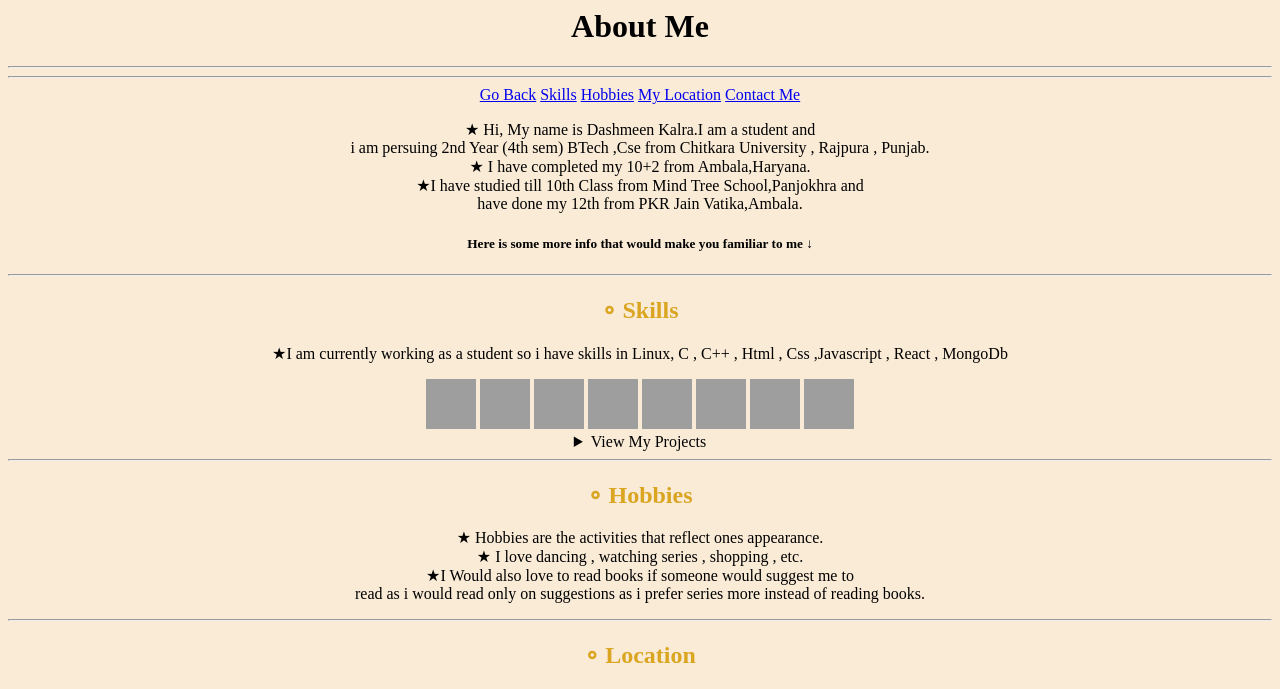
Repository: dashmeenkalra/dashmeen_kalra
Page: first.html
An editor plug-in stored every save of this project. The page is shown before and after the next save, followed by the edit.
The browser window is 1280 px wide. The pictures show the part of the page from y = 0 to 689 px (the page is 1207 px tall).
Pictures or frames that could not be fetched are drawn as grey boxes.

Above is the page before, as saved 2023-02-22 20:29:56.

### first.html
<html>
    <head>
        <link rel="icon" type="image/x-icon" href="https://th.bing.com/th/id/R.fd5a137d4cc43657449836c511c422e1?rik=xs4NJnZD7SrL9w&riu=http%3a%2f%2fcdn.onlinewebfonts.com%2fsvg%2fimg_24787.png&ehk=XT7ycIEO1QBstZHkYYA%2fmHm7bSjaBM1nSo61Bl%2bnJSs%3d&risl=&pid=ImgRaw&r=0">
        <title>
            About Me
        </title>
    </head>
    <body style="background-color: antiquewhite;">
        <header>
        <header id ="header">
        <center>
        <h1 style="color: ;"> About Me </h1><hr/><hr/>
        <a href ="profile.html" >Go Back</a>
        <a href="#skills" >Skills</a>
        <a href="#hobbies" >Hobbies</a>
        <a href="#mylocation" >My Location</a>
        <a href="#contactme" >Contact Me</a>
        </header>
        <center>
       <p>
        <span> &bigstar; Hi, My name is Dashmeen Kalra.I am a student and </br> i am persuing 2nd Year (4th sem) BTech ,Cse from Chitkara University , Rajpura , Punjab.</br>&bigstar; I have completed my 10+2 from Ambala,Haryana.</br>
            &bigstar;I have studied till 10th Class from Mind Tree School,Panjokhra and</br> have done my 12th from PKR Jain Vatika,Ambala.</br>
       <h5 style=" font:bold;">  Here is some more info that would make you familiar to me &DownArrow;</h5>
       </span>
       </p>
       </center>
    <hr/>
    </body>
        <center>
            <div id="skills">
            <h2 style="color: goldenrod ;">
                &SmallCircle; Skills
            </h2>
            <p>&bigstar;I am currently working as a student so i have skills in Linux, C , C++ , Html , Css ,Javascript , React , MongoDb</p>
            <img src="https://th.bing.com/th/id/OIP.N1aPrczytmOFgXqnXVHWTwHaIL?w=197&h=218&c=7&r=0&o=5&dpr=1.7&pid=1.7" alt="linux" height="50" width="50"/>
            <img src=" https://th.bing.com/th/id/OIP.w9AIOO6Cfup6aToV1E-dEQHaIr?pid=ImgDet&rs=1" alt="C" height="50" width="50"/>
            <img src="https://th.bing.com/th/id/OIP.bWumUpOSAGoqpVsO18ef2wHaHX?w=229&h=220&c=7&r=0&o=5&dpr=1.7&pid=1.7" alt="C++" height="50" width="50"/>
            <img src="https://cdn-icons-png.flaticon.com/512/732/732212.png" alt="html" height="50"width="50"/>
            <img src="https://cdn.pixabay.com/photo/2017/08/05/11/16/logo-2582747_960_720.png"
             alt ="css" height="50"width="50"/>
            <img src="https://www.citypng.com/public/uploads/preview/js-javascript-round-logo-icon-png-11662226392lsrrajcm0y.png" alt="javascript"  height="50"width="50"/>
            <img src ="https://cdn1.iconfinder.com/data/icons/soleicons-solid-vol-1/64/reactjs_javascript_library_atom_atomic_react-512.png" alt="react" height="50"width="50"/>
            <img src="https://www.opc-router.de/wp-content/uploads/2021/03/mongodb_thumbnail.png" alt="mongoDb" height="50"width="50"/>
            <details>
                <summary> View My Projects</summary>
                <p> I Will Provide Links After Completing projects</p>
            </details>
            <hr/>
            </div>
            <div id="hobbies">
            <h2 style="color: goldenrod ;">
                &SmallCircle; Hobbies
            </h2>
            <p>&bigstar; Hobbies are the activities that reflect ones appearance. </br> &bigstar; I love dancing , watching series , shopping , etc.</br>
            &bigstar;I Would also love to read books if someone would suggest me to</br> read as i would read only on suggestions as i prefer series more instead of reading books.
            </p>
            <hr/>
            </div>
            <div id="mylocation">
            <h2 style="color: goldenrod ;">
                &SmallCircle; Location
            </h2>
            <iframe src="https://www.google.com/maps/embed?pb=!1m18!1m12!1m3!1d110152.16762166744!2d76.70738530688229!3d30.372109374687426!2m3!1f0!2f0!3f0!3m2!1i1024!2i768!4f13.1!3m3!1m2!1s0x390fb62a421e6f11%3A0xebd28a29f7258d14!2sAmbala%2C%20Haryana!5e0!3m2!1sen!2sin!4v1677039049525!5m2!1sen!2sin" width="500" height= "300" style="border:0;" allowfullscreen="" loading="lazy" referrerpolicy="no-referrer-when-downgrade"></iframe>
            <hr/>
            </div>
            <div id="contactme">
            <h2 style="color: goldenrod ;">
                &SmallCircle; Contact Me &phone;
            </h2>

            <a href="https://github.com/dashmeenkalra"
            target="_blank"><img src="https://clipground.com/images/github-icon-clipart-7.png" alt="github" height="50" width = "50" /></a>
            <a href="https://www.linkedin.com/in/dashmeen-kalra-9309a722a/"
            target="_blank"><img src="https://th.bing.com/th/id/OIP.w_zDkEJ9aLiWR-g0rff8hwHaHa?pid=ImgDet&rs=1" alt="linkedin" height="50" width="50"/></a>
            <a href="https://stackoverflow.com/users/21198244/dashmeen"
            target = "_blank"><img src="https://th.bing.com/th/id/OIP.JyZctYsMq8H83u4Bn9kPOAHaC5?w=310&h=137&c=7&r=0&o=5&dpr=1.7&pid=1.7" alt="stackoverflow" height="50" width="50"/></a>
            <a href="dashmeenkalra21@gmail.com"
            target="_blank"><img src="https://th.bing.com/th/id/R.66cdca2a32dc3ffee6c16b1b39615096?rik=LPgeH3rxBq4QBA&riu=http%3a%2f%2fwww.clintonfitch.com%2fwp-content%2fuploads%2f2018%2f01%2fGmail-Icon.png&ehk=faQcrEq8H976O8CxSZcIBjaMzIGFMSDDtixcpxVRgrc%3d&risl=&pid=ImgRaw&r=0" alt="gmail" height="50" width="50"/></a>
            </div>
        </center>
        <footer>
            <center>
            <h5 style ="color: goldenrod"> &copy; My Profile</h5>
            <a href="#header">Go to Top</a>
            </center>
        </footer>
    </body>
</html>

After the next save:
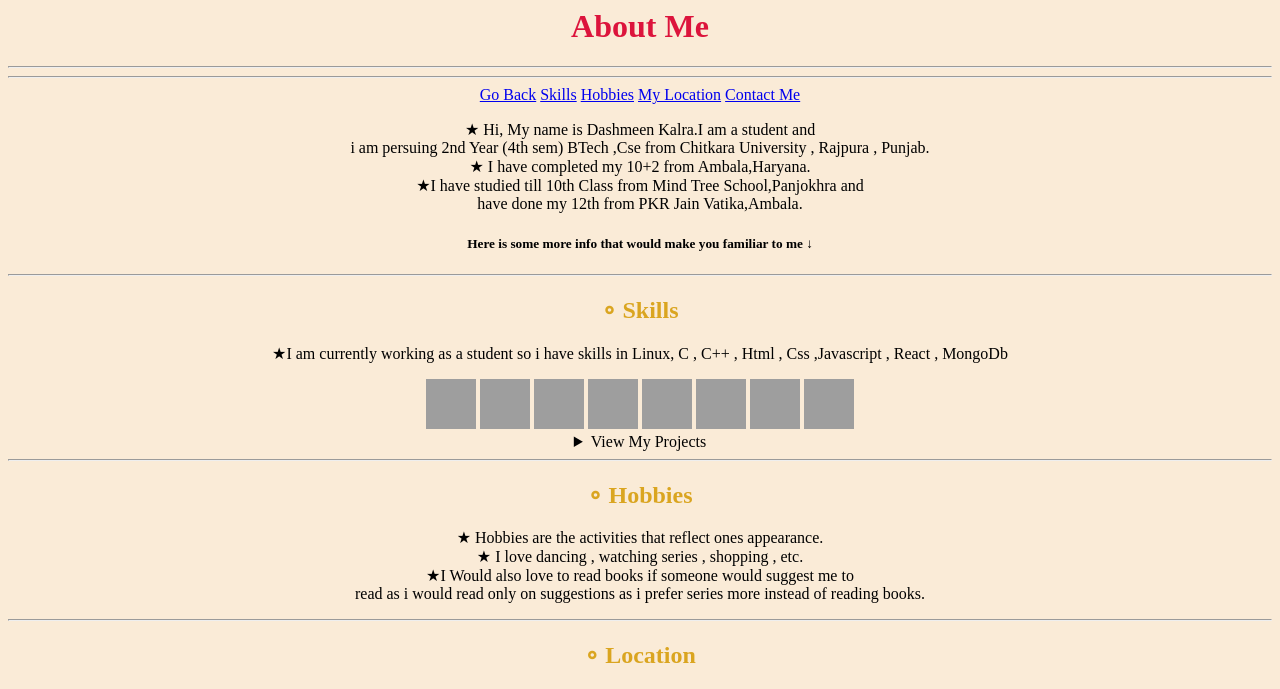
Saved 8 s later.
--- a/first.html
+++ b/first.html
@@ -9,7 +9,7 @@
         <header>
         <header id ="header">
         <center>
-        <h1 style="color: ;"> About Me </h1><hr/><hr/>
+        <h1 style="color: crimson;"> About Me </h1><hr/><hr/>
         <a href ="profile.html" >Go Back</a>
         <a href="#skills" >Skills</a>
         <a href="#hobbies" >Hobbies</a>
